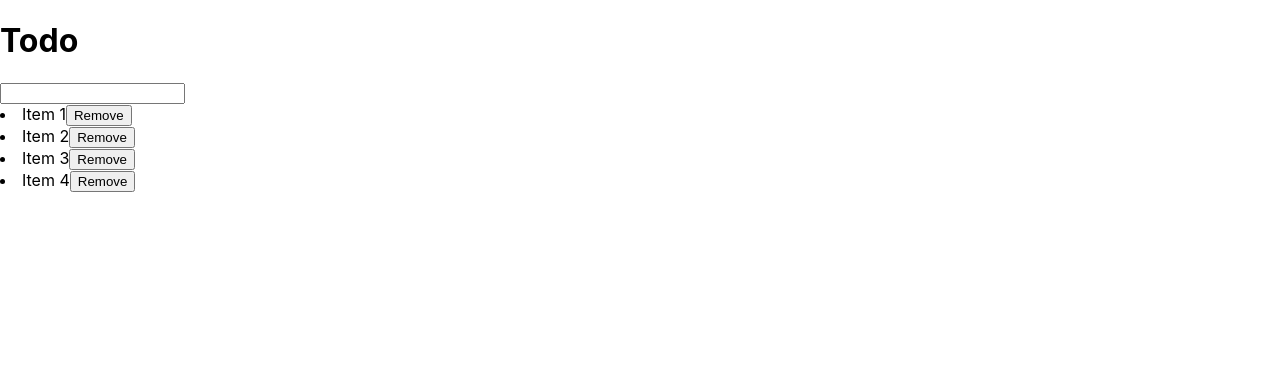
Repository: Aakash20bhatt/LearnReact
Page: / (app in performance/)
The author's editor kept a copy of each file at every save. The page is drawn from the files as they stood at one save, then again after the next save.
The browser window is 1280 px wide. The pictures show the whole page.
The project was rebuilt for these pictures with package versions that can differ from the ones it lists, and the page was loaded fresh each time. Also part of the build but not shown: performance/src/App.css.

Above is the page before, as saved 2024-09-14 22:47:07.

### performance/src/index.js
import React from 'react';
import ReactDOM from 'react-dom/client';
import './index.css';
// import App from './App';
import LazyApp from './LazyApp';

const root = ReactDOM.createRoot(document.getElementById('root'));
root.render(
    <LazyApp/>
);

### performance/src/LazyApp.js
// import { BrowserRouter, Route, Routes } from 'react-router-dom';
// import NavBar from './Components/NavBar'
// import { Suspense, lazy } from 'react';
import './App.css';
import LargeArraySum from './Components/LargeArraySum';
import Todo from './Components/Todo';

// const HomePage = lazy(()=>(import('./Components/HomePage')));
// const ContactPage = lazy(()=>(import('./Components/ContactPage')))
// const AboutPage = lazy(()=>(import('./Components/AboutPage')))

function LazyApp(){

    return(
        // <BrowserRouter>
        //     <NavBar/>
        //     <Suspense fallback={<div>...Loading</div>}>
        //         <Routes>
        //                 <Route path="/" element={<HomePage/>}/>
        //                 <Route path="/contact" element={<ContactPage/>}/>
        //                 <Route path="/about" element={<AboutPage/>}/>
        //         </Routes>
        //     </Suspense>
        // </BrowserRouter>
        <>
            {/* <LargeArraySum/> */}
            <Todo/>
        </>
    )

}

export default LazyApp;

### performance/src/Components/Todo.jsx
import React, { useCallback, useState } from 'react';
import Item from './Item';

export default function Todo(){
    const [list,setList] = useState(['Item 1', 'Item 2', 'Item 3', 'Item 4']);
    const [todo, setTodo] = useState('');

    const removeItem = useCallback((itemToDelete)=>{
            const filteredList = list.filter((item)=>{
                return item!==itemToDelete;
            });
            setList(filteredList);
    },[list])

    return(
        <div>
            <h1>Todo</h1>
            <div>
                <input value={todo} onChange={(e)=>setTodo(e.target.value)}/>
            </div>
            {list.map((item,index)=>{
                return <Item key={index} item={item} removeItem={removeItem}/>
            })}
        </div>
    )
}

### performance/src/Components/Item.jsx
import React from 'react'

function Item({item,removeItem}){
    return <li key={item}>{item}
        <button onClick={()=>removeItem(item)}>Remove</button>
    </li>
}

export default React.memo(Item);

### performance/src/Components/LargeArraySum.jsx
import {useState,useMemo} from 'react'

const generateLargeArray = ()=>{
    const largeArray = [];
    console.log("Generating Array")
    for(let i=0; i<1000000; i++){
        largeArray.push(i);
    }
    return largeArray;
}

const sumArray = (arr)=>{
    console.log("Calculating Sum...");
    return arr.reduce((acc,curr)=>acc+curr,0);
}
export default function LargeArraySum(){
    const [count, setCount] = useState(0);
    const largeArray = useMemo(()=>generateLargeArray(),[]); // Invoke Callback only on mounting
    const sum = useMemo(()=>sumArray(largeArray),[]);

    return (
        <>
            <h1>Sum:{sum}</h1>
            <button onClick={()=>setCount(count+1)}>Increment</button>
            <p>{count}</p>
        </>
    )
}

Loaded but not shown: performance/public/index.html (common file); performance/src/index.css (common file)

After the next save:
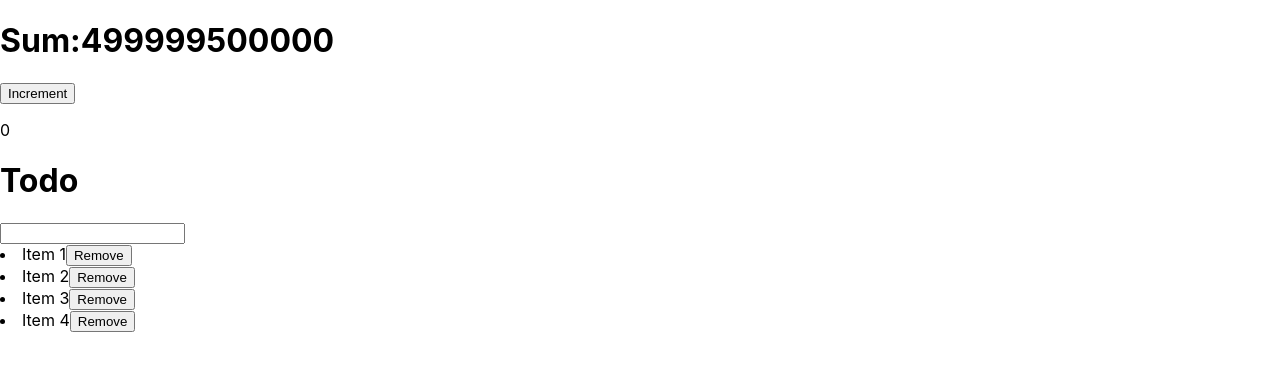
Saved 18 s later.
--- a/performance/src/LazyApp.js
+++ b/performance/src/LazyApp.js
@@ -23,7 +23,7 @@
         //     </Suspense>
         // </BrowserRouter>
         <>
-            {/* <LargeArraySum/> */}
+            <LargeArraySum/>
             <Todo/>
         </>
     )

After the save that followed:
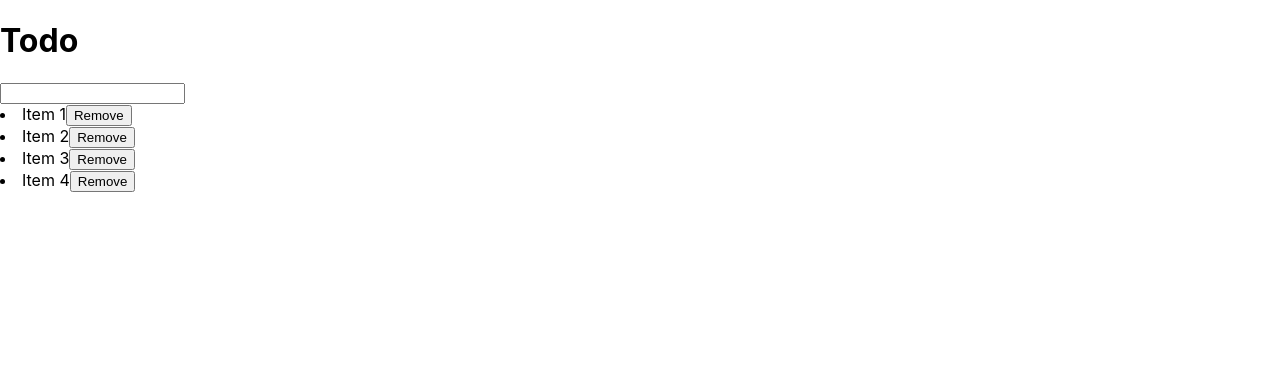
Saved 12 s later.
--- a/performance/src/LazyApp.js
+++ b/performance/src/LazyApp.js
@@ -23,7 +23,7 @@
         //     </Suspense>
         // </BrowserRouter>
         <>
-            <LargeArraySum/>
+            {/* <LargeArraySum/> */}
             <Todo/>
         </>
     )
